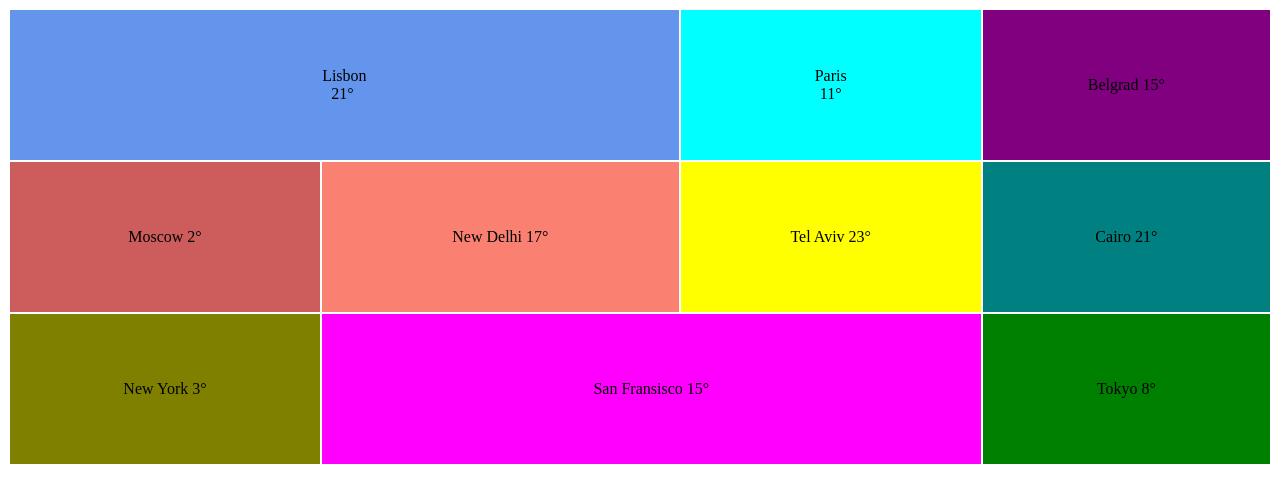
Repository: aysedo/html
Page: Week_2/index.html
An editor plug-in stored every save of this project. The page is shown before and after the next save, followed by the edit.
The browser window is 1280 px wide. The pictures show the whole page.

Above is the page before, as saved 2021-08-24 15:00:42.

After the next save:
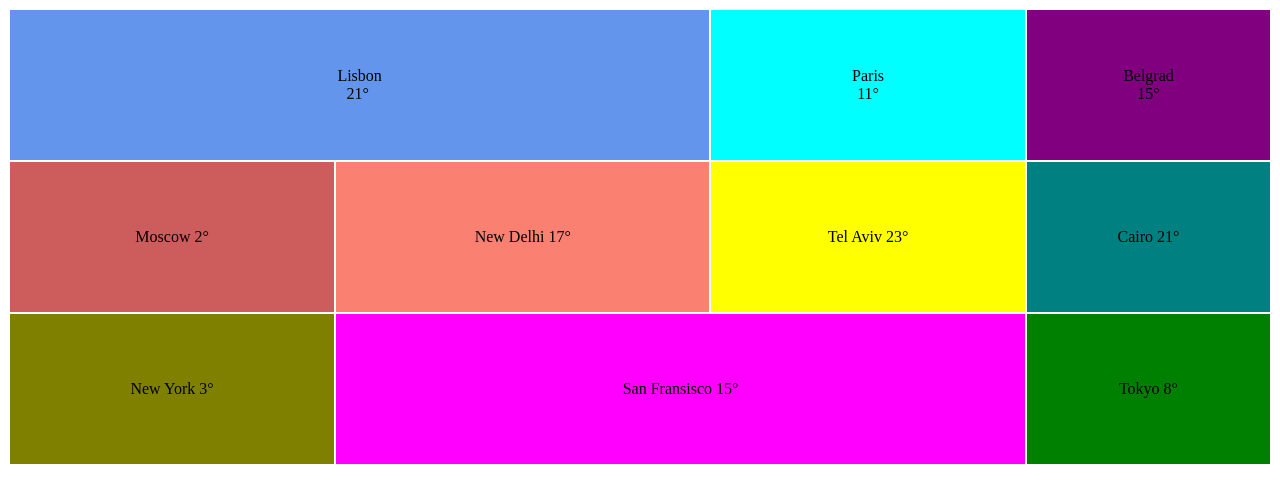
Saved 13 s later.
--- a/Week_2/index.html
+++ b/Week_2/index.html
@@ -12,7 +12,7 @@
         <td colspan="2" bgcolor="cornflowerblue" align="center">Lisbon <br />21° <img scr="img.png">
         </td>
         <td bgcolor="Aqua" align="center">Paris <br /> 11°</td>
-        <td bgcolor="Purple" align="center">Belgrad 15°</td>
+        <td bgcolor="Purple" align="center">Belgrad <br /> 15°</td>
       </tr>
       <tr height="150">
         <td bgcolor="Indianred" align="center" >Moscow 2°</td>
